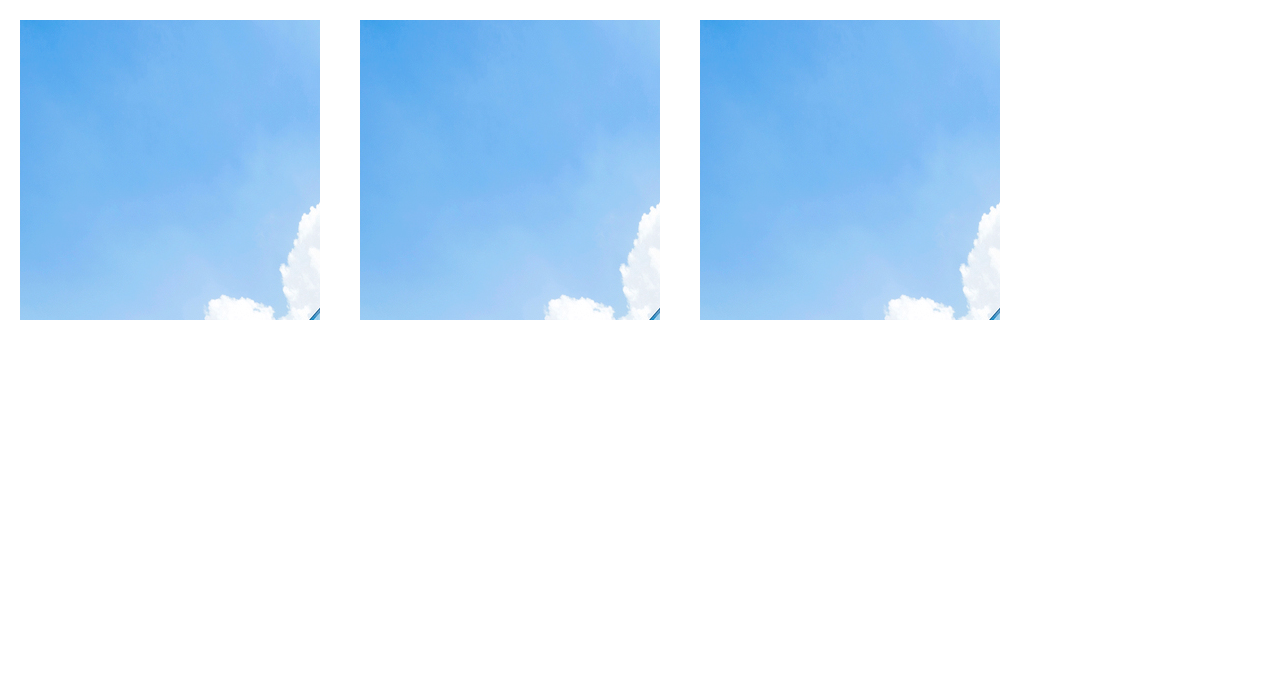
Repository: fixbb/workspace
Page: 016盒子模型/index1.html
An editor plug-in stored every save of this project. The page is shown before and after the next save, followed by the edit.
The browser window is 1280 px wide. The pictures show the whole page.

Above is the page before, as saved 2021-08-30 16:44:51.

### 016盒子模型/index1.html
<!DOCTYPE html>
<html lang="en">

<head>
    <meta charset="UTF-8">
    <meta http-equiv="X-UA-Compatible" content="IE=edge">
    <meta name="viewport" content="width=device-width, initial-scale=1.0">
    <title>Document</title>
    <style>
        * {
            margin: 0%;/* 将所有的元素的边距置为0 */
        }
        .y {
            width: 300px;
            height: 300px;
            background: url(./imgs/1.jpg);
            float: left;
            margin: 20px;
        }
        #box {
            width: 980px;
            margin: auto;
            overflow: auto; /* 让父元素自动设置边距，左右边距相等，即可达到居中效果，水平方向有效 */
        }
    </style>
</head>

<body>
    <div class="box">
        <div class="y"></div>
        <div class="y"></div>
        <div class="y"></div>
    </div>

</body>

</html>

After the next save:
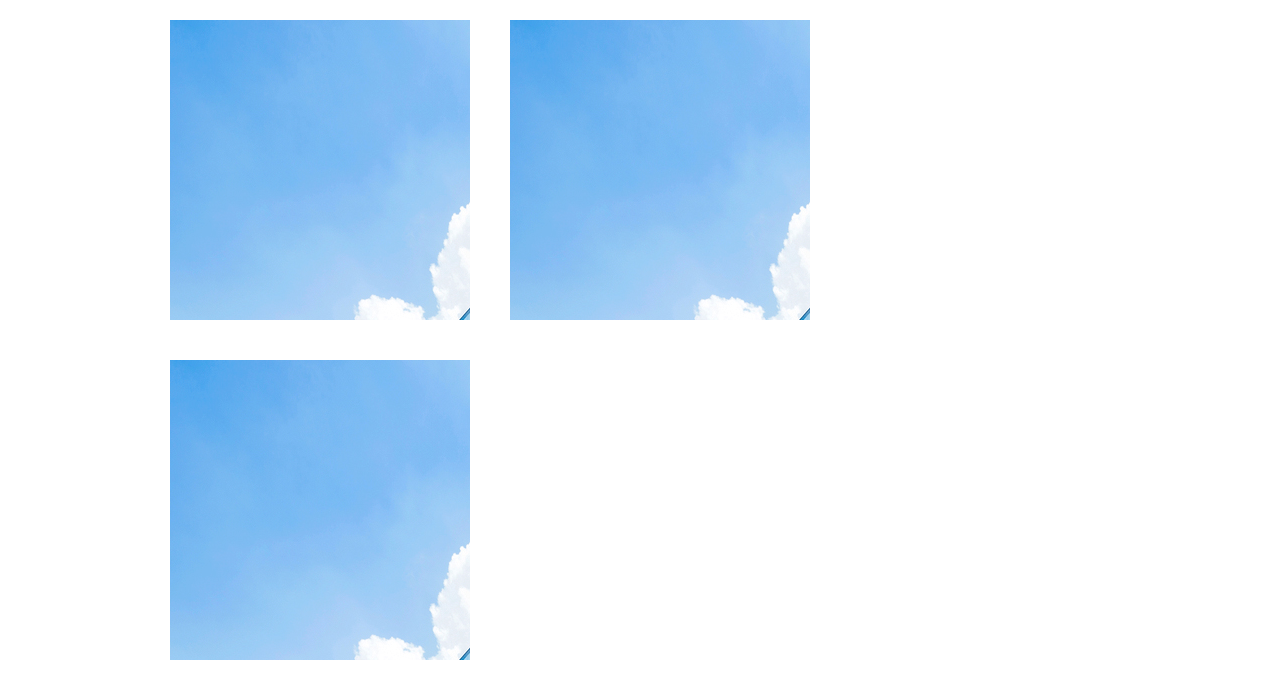
Saved 70 s later.
--- a/016盒子模型/index1.html
+++ b/016盒子模型/index1.html
@@ -26,7 +26,7 @@
 </head>
 
 <body>
-    <div class="box">
+    <div id="box">
         <div class="y"></div>
         <div class="y"></div>
         <div class="y"></div>
